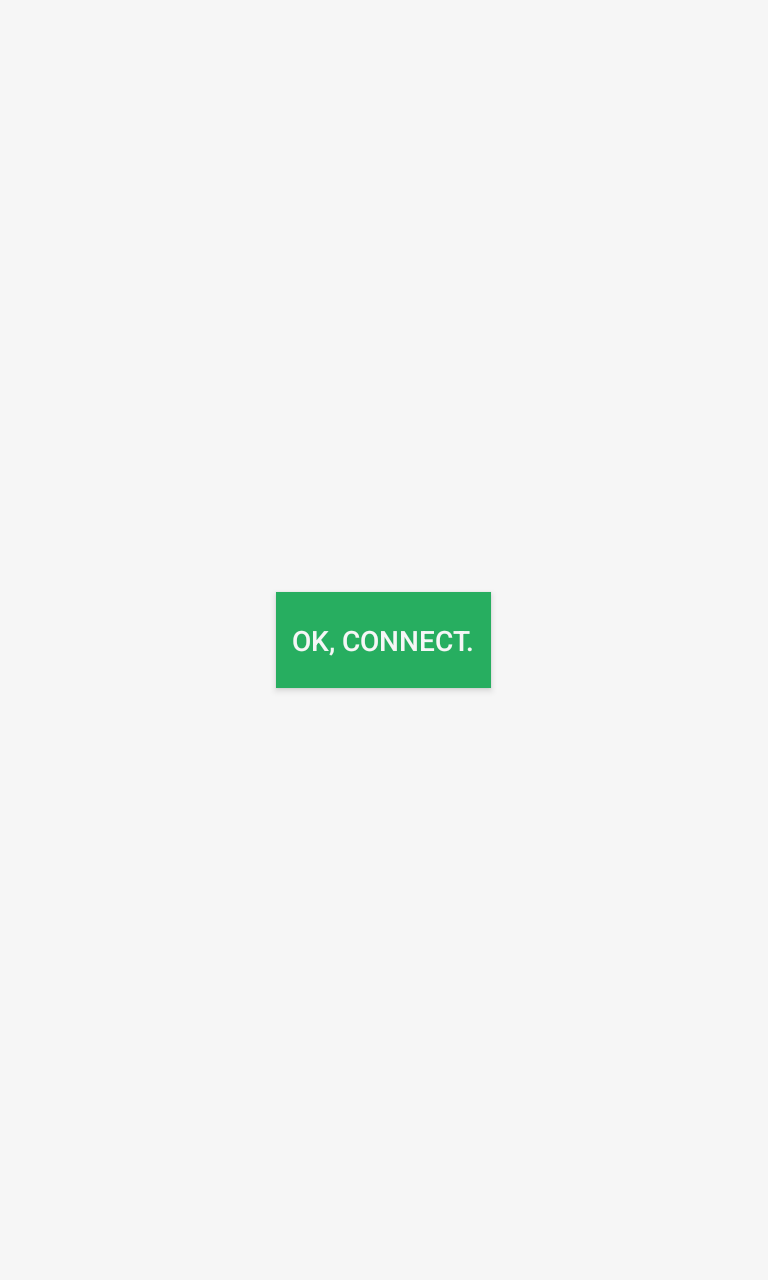
Repository: Vierco/Get_elements_from_web_and_caching
Layout: Guidelines_template/template/res/layout/hello.xml
An editor plug-in stored every save of this project. The layout is shown before and after the next save, followed by the edit.
It is drawn on a 768 x 1280 px phone screen (xhdpi) without system bars, with theme AppTheme; the app's code is not run.

Above is the layout before, as saved 2014-05-01 20:13:50.

### Guidelines_template/template/res/layout/hello.xml
<FrameLayout xmlns:android="http://schemas.android.com/apk/res/android"
    xmlns:tools="http://schemas.android.com/tools"
    android:id="@+id/container"
    android:layout_width="match_parent"
    android:background="@color/white"
    android:layout_height="match_parent"
    android:layout_marginBottom="@dimen/activity_vertical_margin"
    android:layout_marginLeft="@dimen/activity_horizontal_margin"
    android:layout_marginRight="@dimen/activity_horizontal_margin"
    android:layout_marginTop="@dimen/activity_vertical_margin"
    tools:context="vierco.com.example.template.Hello"
    tools:ignore="MergeRootFrame" >

    <Button
        android:id="@+id/BT_connect"
        android:layout_gravity="center"
        android:background="@color/green"
        android:textColor="@color/white"
        android:layout_width="wrap_content"
        android:layout_height="wrap_content"
        android:padding="@dimen/views_padding"
        android:text="@string/TXconnect" />

</FrameLayout>

### Guidelines_template/template/res/values/colors.xml
<?xml version="1.0" encoding="utf-8"?>
<resources>

    <color name="green">#27ae60</color>
    <color name="white">#f6f6f6</color>

</resources>

### Guidelines_template/template/res/values/dimens.xml
<resources>

    <!-- Default screen margins, per the Android Design guidelines. -->
    <dimen name="views_padding">8dp</dimen>
    <dimen name="default_text_padding">3dp</dimen>
    <dimen name="title_text_padding">4dp</dimen>
    <dimen name="activity_horizontal_margin">9dp</dimen>
    <dimen name="activity_vertical_margin">9dp</dimen>
    <dimen name="default_text_size">16dp</dimen>
    <dimen name="title_text_size">22dp</dimen>
    <dimen name="subtitle_text_size">14dp</dimen>
    <dimen name="annotations_text_size">11dp</dimen>
    <dimen name="action_bar_text_size">13dp</dimen>
    <dimen name="button_text_size">15dp</dimen>

</resources>

### Guidelines_template/template/res/values/strings.xml
<?xml version="1.0" encoding="utf-8"?>
<resources>

    <string name="app_name">template</string>
    <string name="TXconnect">Ok, connect.</string>
    <string name="action_settings">Settings</string>

</resources>

Loaded but not shown: Guidelines_template/template/res/values/styles.xml (common file); Guidelines_template/template/res/values-v11/styles.xml (common file); Guidelines_template/template/res/values-v14/styles.xml (common file); Guidelines_template/template/res/values-w820dp/dimens.xml (common file)

After the next save:
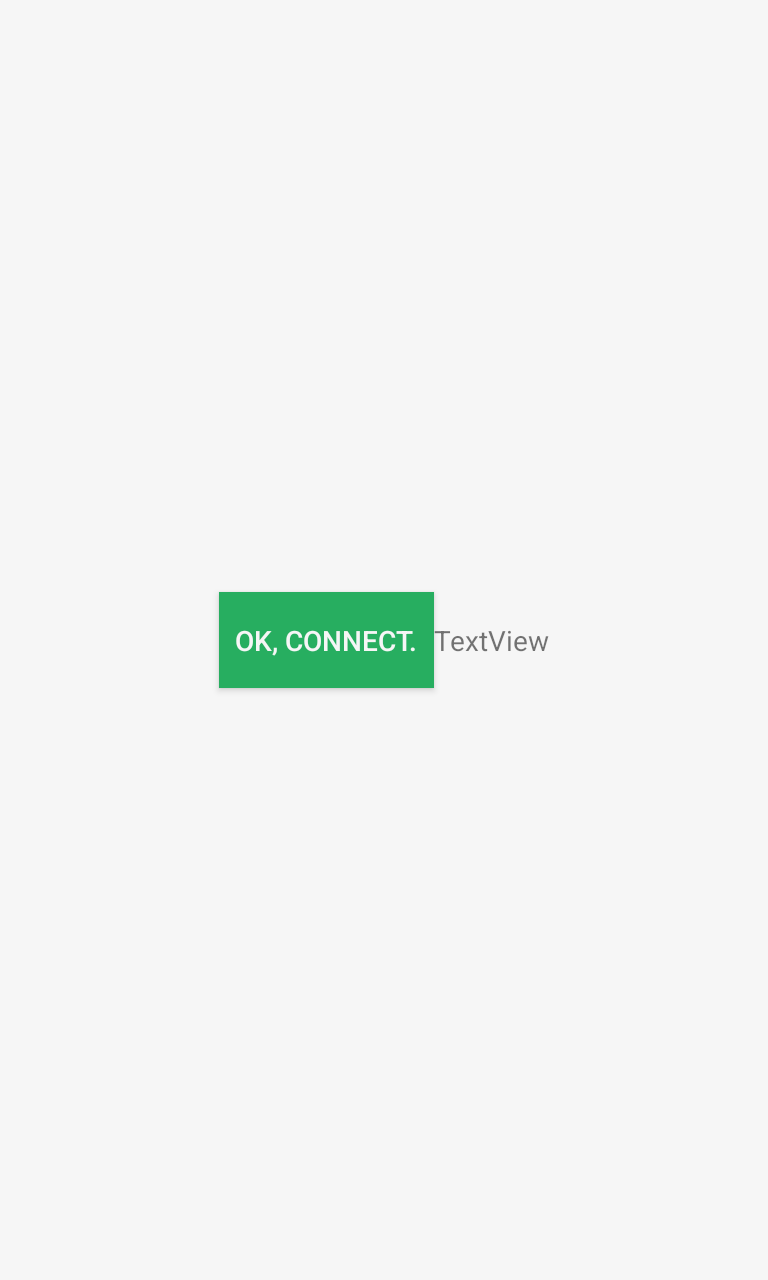
Saved 100 s later.
--- a/Guidelines_template/template/res/layout/hello.xml
+++ b/Guidelines_template/template/res/layout/hello.xml
@@ -1,4 +1,4 @@
-<FrameLayout xmlns:android="http://schemas.android.com/apk/res/android"
+<LinearLayout xmlns:android="http://schemas.android.com/apk/res/android"
     xmlns:tools="http://schemas.android.com/tools"
     android:id="@+id/container"
     android:layout_width="match_parent"
@@ -8,8 +8,8 @@
     android:layout_marginLeft="@dimen/activity_horizontal_margin"
     android:layout_marginRight="@dimen/activity_horizontal_margin"
     android:layout_marginTop="@dimen/activity_vertical_margin"
-    tools:context="vierco.com.example.template.Hello"
-    tools:ignore="MergeRootFrame" >
+    android:gravity="center"
+    tools:context="vierco.com.example.template.Hello" >
 
     <Button
         android:id="@+id/BT_connect"
@@ -21,4 +21,10 @@
         android:padding="@dimen/views_padding"
         android:text="@string/TXconnect" />
 
-</FrameLayout>
+    <TextView
+        android:id="@+id/textView1"
+        android:layout_width="wrap_content"
+        android:layout_height="wrap_content"
+        android:text="TextView" />
+
+</LinearLayout>
